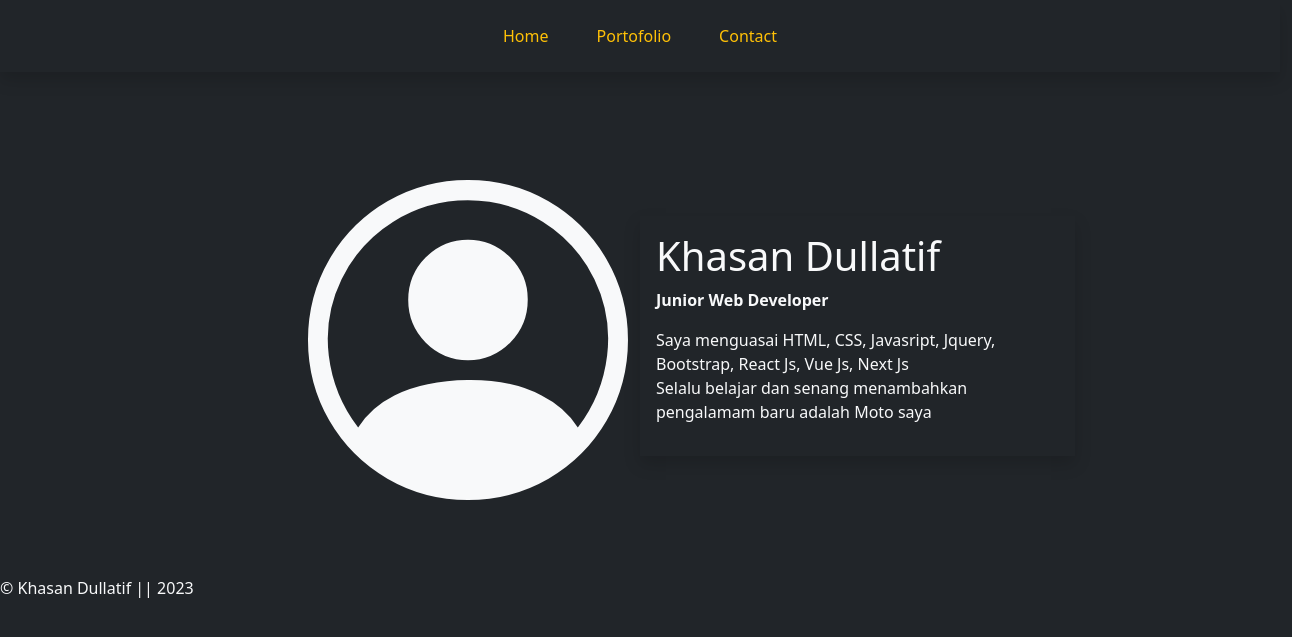
Repository: AHSANS354/Tugas-MSIB-5-GitHub
Page: tugas/tugas bootsrap/Home.html
An editor plug-in stored every save of this project. The page is shown before and after the next save, followed by the edit.
The browser window is 1280 px wide. The page is 1292 px wide, so the pictures cover 1292 px, including what lies to the right of the window. The pictures show the whole page.

Above is the page before, as saved 2023-09-19 17:09:00.

### tugas/tugas bootsrap/Home.html
<!DOCTYPE html>
<html lang="en">
  <head>
    <meta charset="utf-8" />
    <meta name="viewport" content="width=device-width, initial-scale=1" />
    <title>Bootstrap demo</title>
    <link href="https://cdn.jsdelivr.net/npm/bootstrap@5.3.2/dist/css/bootstrap.min.css" rel="stylesheet" integrity="sha384-T3c6CoIi6uLrA9TneNEoa7RxnatzjcDSCmG1MXxSR1GAsXEV/Dwwykc2MPK8M2HN" crossorigin="anonymous" />
    <link rel="stylesheet" href="https://cdn.jsdelivr.net/npm/bootstrap-icons@1.11.1/font/bootstrap-icons.css" />
  </head>
  <body class="bg-dark">
    <div class="home">
      <div class="row">
        <ul class="nav fixed-top justify-content-center bg-dark p-3 gap-3 shadow">
          <li class="nav-item">
            <a class="nav-link text-warning" href="home.html">Home</a>
          </li>
          <li class="nav-item">
            <a class="nav-link text-warning" href="portofolio.html">Portofolio</a>
          </li>
          <li class="nav-item">
            <a class="nav-link text-warning" href="contact.html">Contact</a>
          </li>
        </ul>
      </div>
      <div class="row mt-5 pt-5 d-flex align-items-center">
        <div class="col-6 d-flex justify-content-end">
          <i class="bi bi-person-circle text-light" style="font-size: 20rem"></i>
        </div>
        <div class="col-4 shadow p-3 text-light">
          <h1>Khasan Dullatif</h1>
          <p><strong>Junior Web Developer</strong></p>
          <p>
            Saya menguasai HTML, CSS, Javasript, Jquery, Bootstrap, React Js, Vue Js, Next Js <br />
            Selalu belajar dan senang menambahkan pengalamam baru adalah Moto saya
          </p>
        </div>
      </div>
      <footer class="footer text-light">&copy; Khasan Dullatif || 2023</footer>
    </div>
    <script src="https://cdn.jsdelivr.net/npm/bootstrap@5.3.2/dist/js/bootstrap.bundle.min.js" integrity="sha384-C6RzsynM9kWDrMNeT87bh95OGNyZPhcTNXj1NW7RuBCsyN/o0jlpcV8Qyq46cDfL" crossorigin="anonymous"></script>
  </body>
</html>

After the next save:
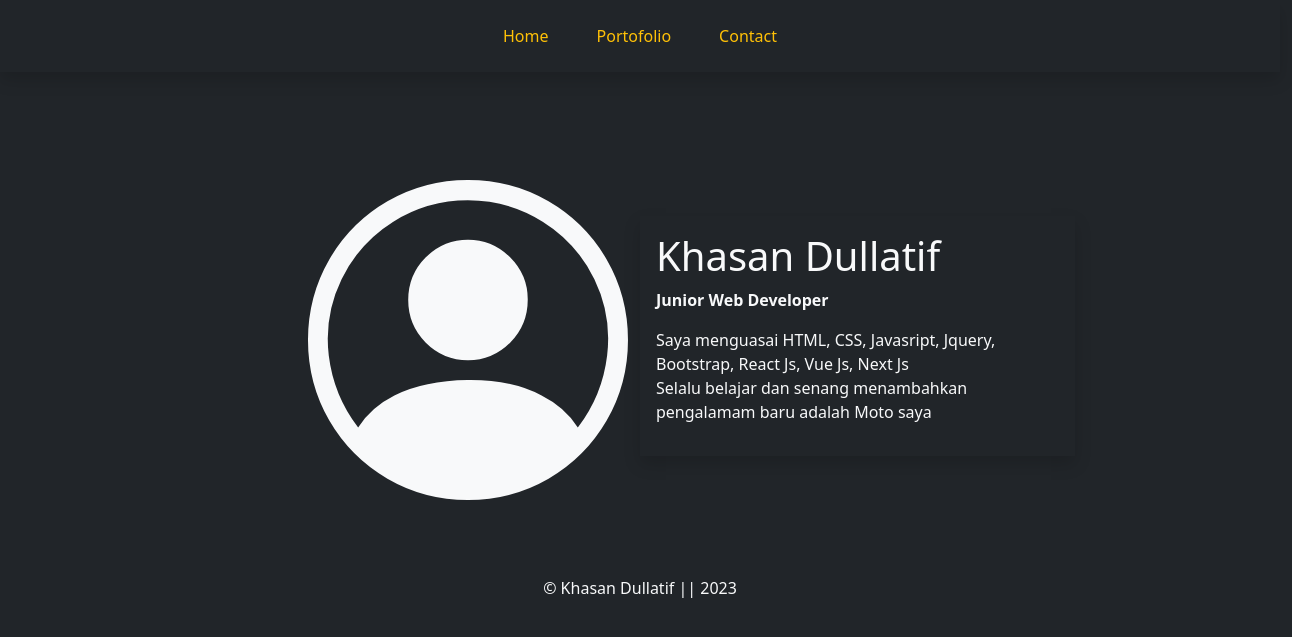
Saved 10 s later.
--- a/tugas/tugas bootsrap/Home.html
+++ b/tugas/tugas bootsrap/Home.html
@@ -35,7 +35,7 @@
           </p>
         </div>
       </div>
-      <footer class="footer text-light">&copy; Khasan Dullatif || 2023</footer>
+      <footer class="footer text-light text-center">&copy; Khasan Dullatif || 2023</footer>
     </div>
     <script src="https://cdn.jsdelivr.net/npm/bootstrap@5.3.2/dist/js/bootstrap.bundle.min.js" integrity="sha384-C6RzsynM9kWDrMNeT87bh95OGNyZPhcTNXj1NW7RuBCsyN/o0jlpcV8Qyq46cDfL" crossorigin="anonymous"></script>
   </body>
